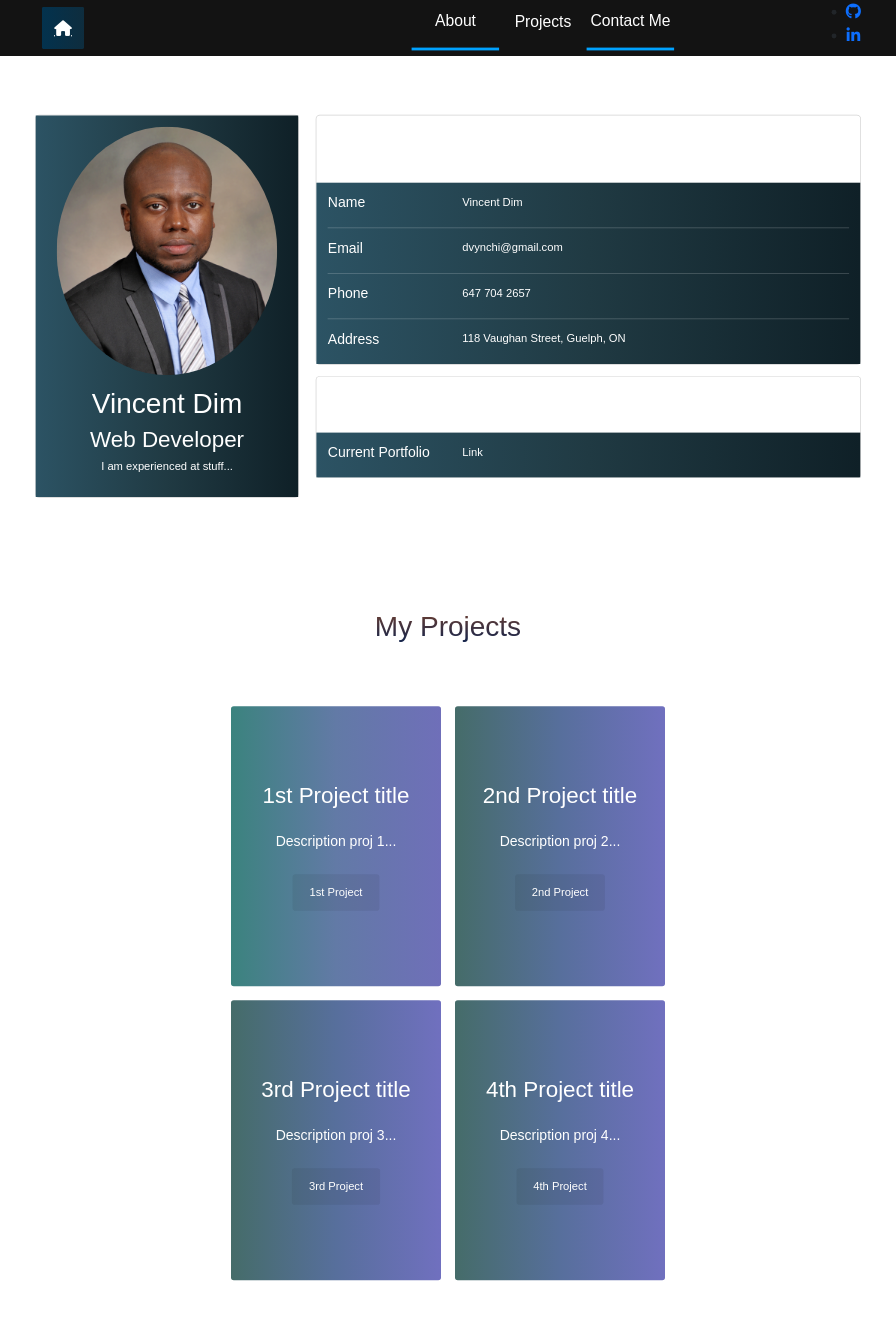
Repository: dvynchi/profile-2022
Page: index.html
The author's editor kept a copy of each file at every save. The page is drawn from the files as they stood at one save, then again after the next save.
The browser window is 1280 px wide. The pictures show the part of the page from y = 0 to 1920 px (the page is 2631 px tall), at 70% of full size.
Some web libraries are served in a nearby version.

Above is the page before, as saved 2022-08-18 11:47:23.

After the next save:
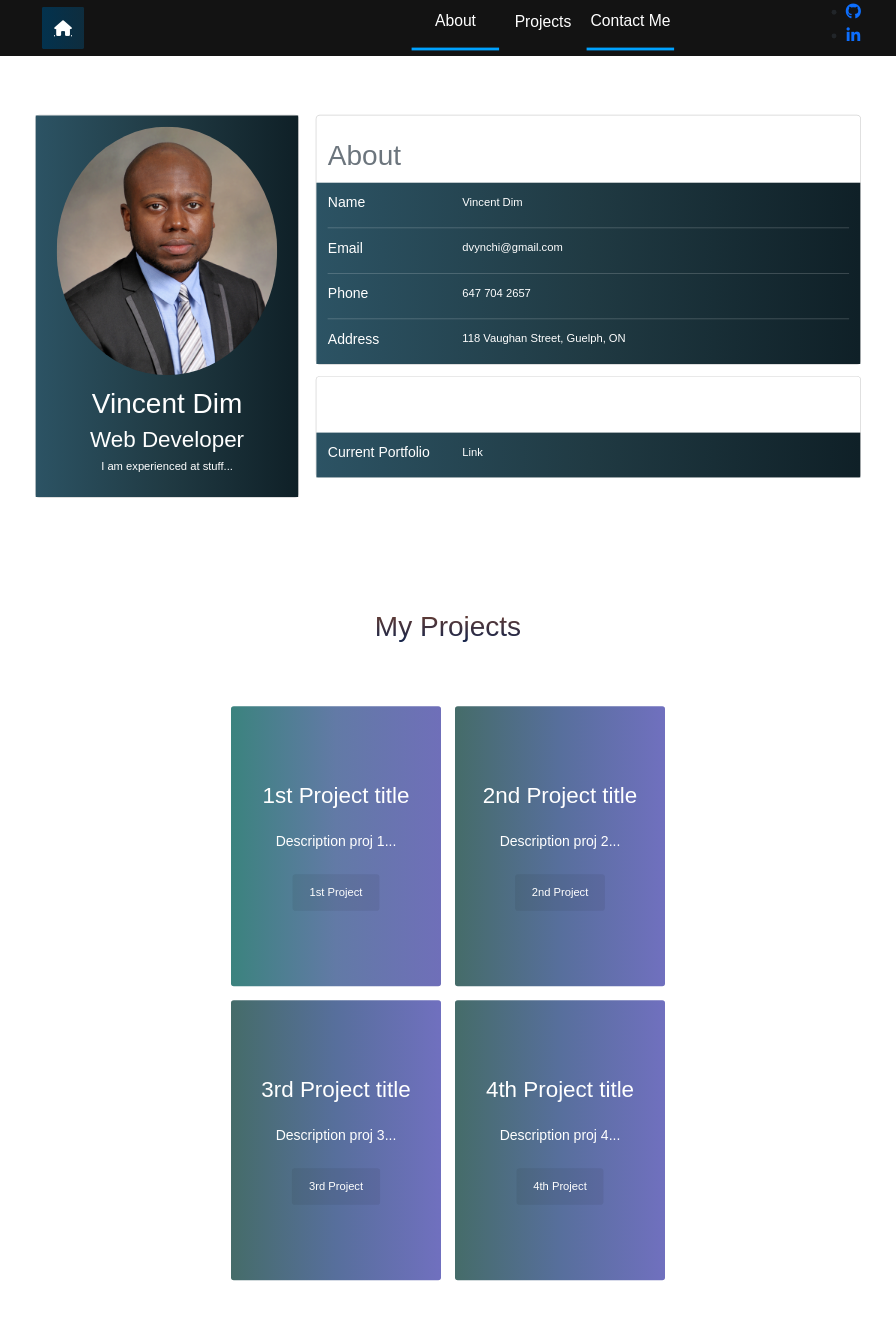
Saved 9 s later.
--- a/index.html
+++ b/index.html
@@ -68,7 +68,7 @@
                 <!-- ABOUT SECTION -->
                 <div class="col-md-8 mt-1">
                     <div class="card mb-3 content">
-                        <h1 class="m-3 pt-3">About</h1>
+                        <h1 class="m-3 pt-3 text-secondary">About</h1>
                         <div class="card-body">
                             <div class="row">
                                 <div class="col-md-3"><h5>Name</h5></div>

After the save that followed:
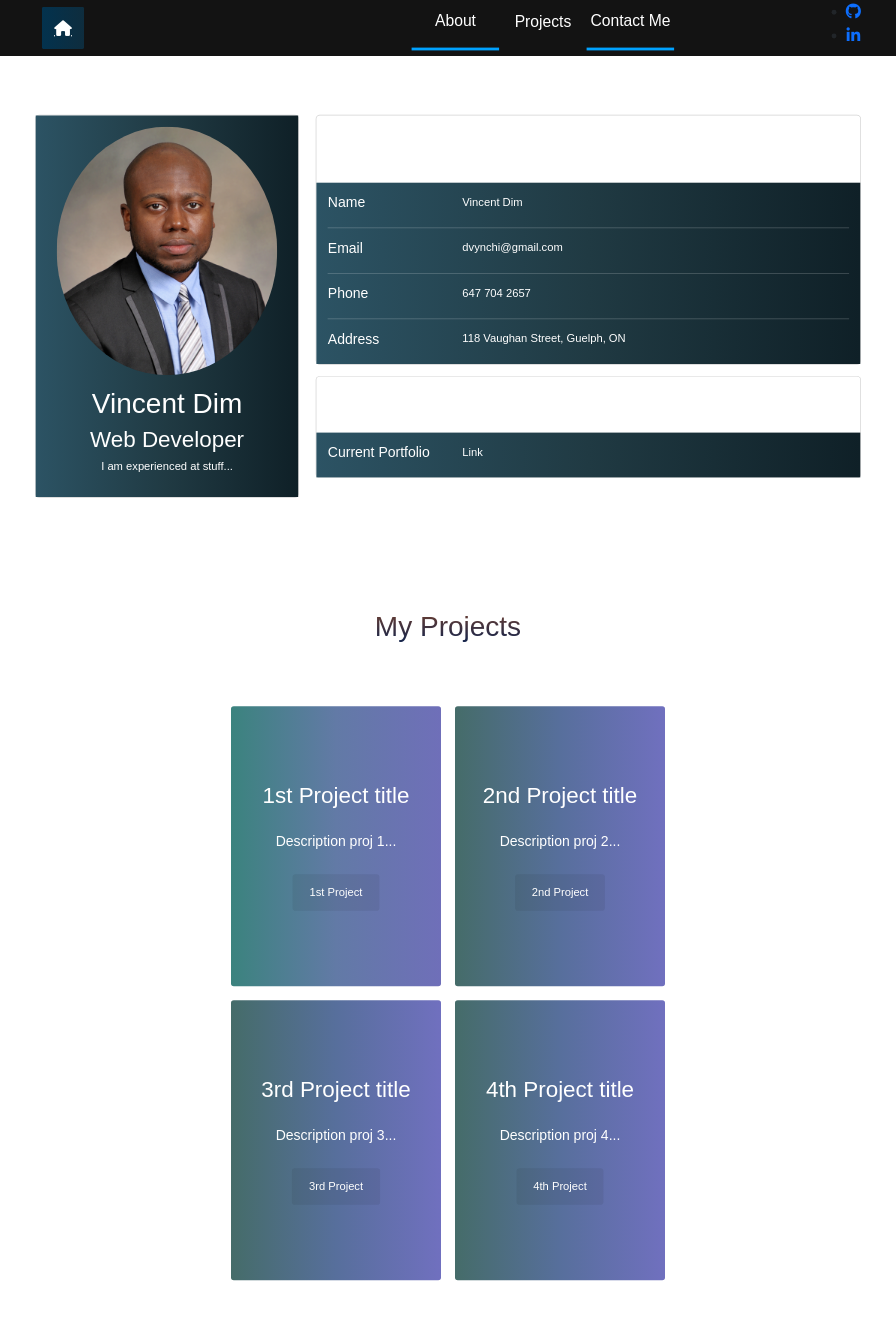
Saved 26 s later.
--- a/index.html
+++ b/index.html
@@ -68,7 +68,7 @@
                 <!-- ABOUT SECTION -->
                 <div class="col-md-8 mt-1">
                     <div class="card mb-3 content">
-                        <h1 class="m-3 pt-3 text-secondary">About</h1>
+                        <h1 class="m-3 pt-3 text">About</h1>
                         <div class="card-body">
                             <div class="row">
                                 <div class="col-md-3"><h5>Name</h5></div>
